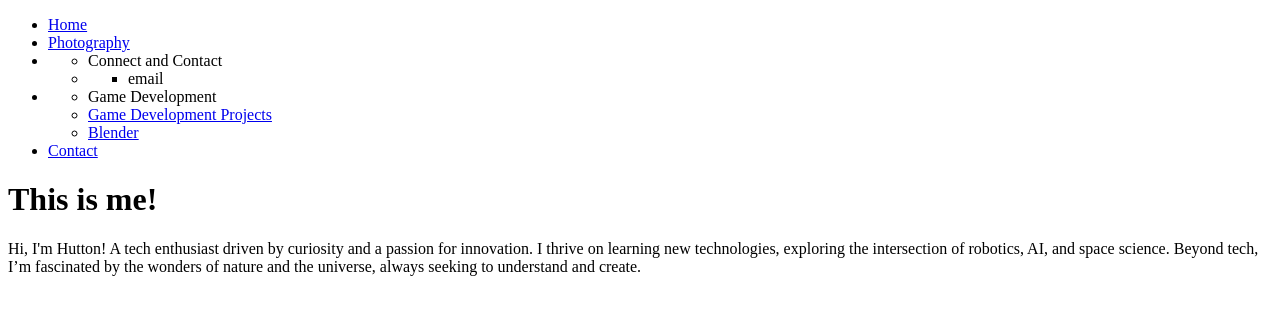
Repository: Argivist/ArgPortfolio
Page: index.html
These files come from the project's save history. The page is drawn as it stood at one moment and after the next save; the edit follows.
The browser window is 1280 px wide. The pictures show the whole page.

Above is the page before, as saved 2025-03-28 14:40:25.

### index.html
<!DOCTYPE html>
<html lang="en">

<head>
    <meta charset="UTF-8">
    <meta name="viewport" content="width=device-width, initial-scale=1.0">
    <link rel="stylesheet" href="css/styles.css">
    <link rel="stylesheet" href="css/nav.css">

    <title>Hutton Amison-Addy</title>
</head>

<body>
    <nav>
        <ul>
            <li><a href="index.html">Home</a></li>
            <li> <a href="https://www.instagram.com/theworldinoneseye/">Photography</a></li>
            <!-- contact -->
            <li>
                <ul class="dropdown">
                    <li > Connect and Contact</li>
                    <li class="dropdown-content"><a href="https://www.linkedin.com/in/hutton-amison-addy-7b1b3b1b1/">LinkedIn</a></li>
                    <li class="dropdown-content"><a href="https://www.github.com/Argivist">GitHub</a></li>
                    <li>
                        <ul class="dropdownsecond">
                            <li >email</li>
                            <li class="dropdown-content"><a href="mailto:hutton.amison@ashesi.edu.gh">mail</a></li>
                            <li class="dropdown-content"><a href="mailto:huttonaaddy.public@gmail.com">mail</a></li>
                        </ul>
                    </li>
                </ul>

            </li>
            <li>
                <ul class="dropdown">
                    <li>Game Development</li>
                    <li><a href="game/index.html">Game Development Projects</a></li>
                    <li><a href="blender/index.html">Blender</a></li>
                </ul>
            </li>
            <li><a href="contact.html">Contact</a></li>
        </ul>
    </nav>
    <div>
        <h1> This is me!</h1>
        <p class="desc">
            Hi, I'm Hutton! A tech enthusiast driven by curiosity and a passion for innovation. I thrive on learning new technologies, exploring the intersection of robotics, AI, and space science. Beyond tech, I’m fascinated by the wonders of nature and the universe, always seeking to understand and create.
        </p>
    </div>

</body>

</html>

### css/nav.css
/* .dropdown{
    position: relative;
    display: inline-block;
} */
.dropdown:hover .dropdown-content{
    display: block;
}
.dropdown-content{
    display: none;
    position: absolute;
    background-color: #f9f9f9;
    min-width: 160px;
    box-shadow: 0px 8px 16px 0px rgba(0,0,0,0.2);
    z-index: 1;
}

Loaded but not shown: css/styles.css (no stored copy; drawn as an empty file)

After the next save:
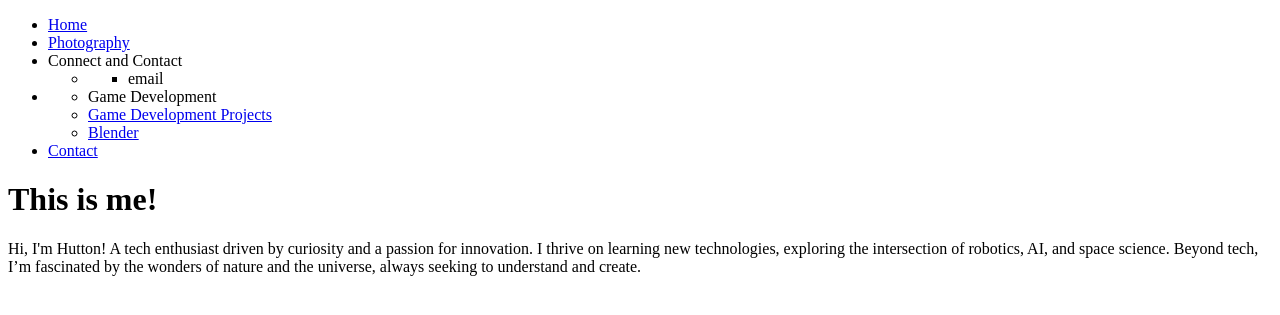
Saved 44 s later.
--- a/index.html
+++ b/index.html
@@ -16,9 +16,8 @@
             <li><a href="index.html">Home</a></li>
             <li> <a href="https://www.instagram.com/theworldinoneseye/">Photography</a></li>
             <!-- contact -->
-            <li>
+            <li>Connect and Contact
                 <ul class="dropdown">
-                    <li > Connect and Contact</li>
                     <li class="dropdown-content"><a href="https://www.linkedin.com/in/hutton-amison-addy-7b1b3b1b1/">LinkedIn</a></li>
                     <li class="dropdown-content"><a href="https://www.github.com/Argivist">GitHub</a></li>
                     <li>
